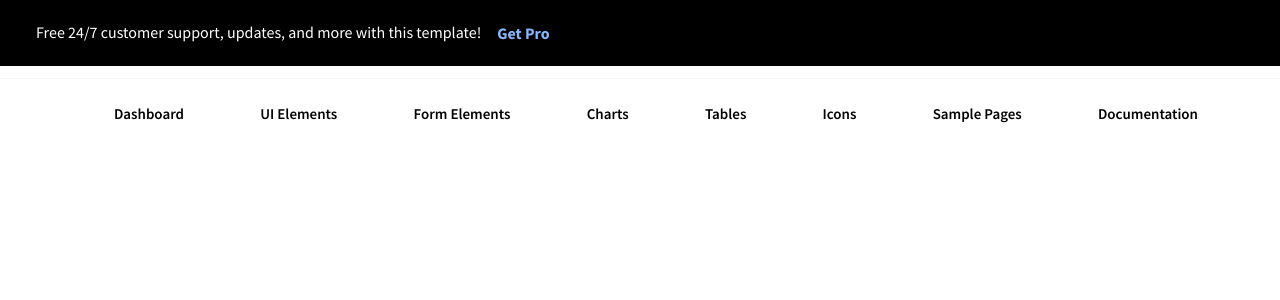
Repository: dimitri0004/Bien
Page: templates/base.html.twig
An editor plug-in stored every save of this project. The page is shown before and after the next save, followed by the edit.
The browser window is 1280 px wide. The pictures show the whole page.
The page is a Twig template of a Symfony application; nobody is signed in and links lead nowhere. The template is opened directly, without the code that normally fills it, so the values that code supplies are empty.

Above is the page before, as saved 2023-04-03 00:12:45.
Console error: ReferenceError: jQuery is not defined

### templates/base.html.twig
<!DOCTYPE html>
<html>
    <head>
        <meta charset="UTF-8">
        <meta name="viewport" content="width=device-width, initial-scale=1, shrink-to-fit=no">
        <title>{% block title %}Welcome!{% endblock %}</title>
        <link rel="icon" href="data:[embedded picture, 143 characters]">
        {# Run `composer require symfony/webpack-encore-bundle` to start using Symfony UX #}
        <!-- Required meta tags -->
        <!-- base:css -->

            <!-- endinject -->


        {% block stylesheets %}

            <link rel="stylesheet" href="{{asset('assets/vendors/base/vendor.bundle.base.css')}}">
            <link rel="stylesheet" href="{{asset('assets/css/style.css')}}">
            <link rel="shortcut icon" href="{{asset('assets/images/favicon.png')}}" >

        {% endblock %}



        {% block javascripts %} {% endblock %}
        <!-- base:js -->
        <script src="{{asset('assets/vendors/base/vendor.bundle.base.js')}}" defer></script>
        <!-- endinject -->
        <!-- Plugin js for this page-->
        <!-- End plugin js for this page-->
        <!-- inject:js -->
        <script src="{{asset('assets/js/template.js')}}"></script>
        <!-- endinject -->
        <!-- plugin js for this page -->
        <!-- End plugin js for this page -->
        <script src="{{asset('assets/vendors/chart.js/Chart.min.js')}}"defer></script>
        <script src="{{asset('assets/vendors/progressbar.js/progressbar.min.js')}}"></script>
        <script src="{{asset('assets/vendors/chartjs-plugin-datalabels/chartjs-plugin-datalabels.js')}}"defer></script>
        <script src="{{asset('assets/vendors/justgage/raphael-2.1.4.min.js')}}"defer></script>
        <script src="{{asset('assets/vendors/justgage/justgage.js')}}"defer></script>
        <script src="{{asset('assets/js/jquery.cookie.js')}}" type="text/javascript" defer></script>
        <!-- Custom js for this page-->
        <script src="{{asset('assets/js/dashboard.js')}}" defer></script>
        <!-- End custom js for this page-->


    </head>
    <body>
        {% include "_partiels/nav.html.twig" %}
        {% block body %}{% endblock %}
    </body>
</html>

### templates/_partiels/nav.html.twig

<div class="container-scroller">
    <div class="row p-0 m-0 proBanner" id="proBanner">
        <div class="col-md-12 p-0 m-0">
            <div class="card-body card-body-padding d-flex align-items-center justify-content-between">
                <div class="ps-lg-1">
                    <div class="d-flex align-items-center justify-content-between">
                        <p class="mb-0 font-weight-medium me-3 buy-now-text">Free 24/7 customer support, updates, and more with this template!</p>
                        <a href="https://www.bootstrapdash.com/product/kapella-admin-pro/?utm_source=organic&utm_medium=banner&utm_campaign=buynow_demo" target="_blank" class="btn me-2 buy-now-btn border-0">Get Pro</a>
                    </div>
                </div>
                <div class="d-flex align-items-center justify-content-between">
                    <a href="https://www.bootstrapdash.com/product/kapella-admin-pro/"><i class="mdi mdi-home me-3 text-white"></i></a>
                    <button id="bannerClose" class="btn border-0 p-0">
                        <i class="mdi mdi-close text-white me-0"></i>
                    </button>
                </div>
            </div>
        </div>
    </div>
<!-- partial:partials/_horizontal-navbar.html -->
<div class="horizontal-menu">
<nav class="navbar top-navbar col-lg-12 col-12 p-0">
<div class="container-fluid">
<div class="navbar-menu-wrapper d-flex align-items-center justify-content-between">
<ul class="navbar-nav navbar-nav-left">
  <li class="nav-item ms-0 me-5 d-lg-flex d-none">
    <a href="#" class="nav-link horizontal-nav-left-menu"><i class="mdi mdi-format-list-bulleted"></i></a>
  </li>
  <li class="nav-item dropdown">
    <a class="nav-link count-indicator dropdown-toggle d-flex align-items-center justify-content-center" id="notificationDropdown" href="#" data-bs-toggle="dropdown">
      <i class="mdi mdi-bell mx-0"></i>
      <span class="count bg-success">2</span>
    </a>
    <div class="dropdown-menu dropdown-menu-right navbar-dropdown preview-list" aria-labelledby="notificationDropdown">
      <p class="mb-0 font-weight-normal float-left dropdown-header">Notifications</p>
      <a class="dropdown-item preview-item">
        <div class="preview-thumbnail">
            <div class="preview-icon bg-success">
              <i class="mdi mdi-information mx-0"></i>
            </div>
        </div>
        <div class="preview-item-content">
            <h6 class="preview-subject font-weight-normal">Application Error</h6>
            <p class="font-weight-light small-text mb-0 text-muted">
              Just now
            </p>
        </div>
      </a>
      <a class="dropdown-item preview-item">
        <div class="preview-thumbnail">
            <div class="preview-icon bg-warning">
              <i class="mdi mdi-settings mx-0"></i>
            </div>
        </div>
        <div class="preview-item-content">
            <h6 class="preview-subject font-weight-normal">Settings</h6>
            <p class="font-weight-light small-text mb-0 text-muted">
              Private message
            </p>
        </div>
      </a>
      <a class="dropdown-item preview-item">
        <div class="preview-thumbnail">
            <div class="preview-icon bg-info">
              <i class="mdi mdi-account-box mx-0"></i>
            </div>
        </div>
        <div class="preview-item-content">
            <h6 class="preview-subject font-weight-normal">New user registration</h6>
            <p class="font-weight-light small-text mb-0 text-muted">
              2 days ago
            </p>
        </div>
      </a>
    </div>
  </li>
  <li class="nav-item dropdown">
    <a class="nav-link count-indicator dropdown-toggle d-flex justify-content-center align-items-center" id="messageDropdown" href="#" data-bs-toggle="dropdown">
      <i class="mdi mdi-email mx-0"></i>
      <span class="count bg-primary">4</span>
    </a>
    <div class="dropdown-menu dropdown-menu-right navbar-dropdown preview-list" aria-labelledby="messageDropdown">
      <p class="mb-0 font-weight-normal float-left dropdown-header">Messages</p>
      <a class="dropdown-item preview-item">
        <div class="preview-thumbnail">
            <img src="images/faces/face4.jpg" alt="image" class="profile-pic">
        </div>
        <div class="preview-item-content flex-grow">
            <h6 class="preview-subject ellipsis font-weight-normal">David Grey
            </h6>
            <p class="font-weight-light small-text text-muted mb-0">
              The meeting is cancelled
            </p>
        </div>
      </a>
      <a class="dropdown-item preview-item">
        <div class="preview-thumbnail">
            <img src="images/faces/face2.jpg" alt="image" class="profile-pic">
        </div>
        <div class="preview-item-content flex-grow">
            <h6 class="preview-subject ellipsis font-weight-normal">Tim Cook
            </h6>
            <p class="font-weight-light small-text text-muted mb-0">
              New product launch
            </p>
        </div>
      </a>
      <a class="dropdown-item preview-item">
        <div class="preview-thumbnail">
            <img src="images/faces/face3.jpg" alt="image" class="profile-pic">
        </div>
        <div class="preview-item-content flex-grow">
            <h6 class="preview-subject ellipsis font-weight-normal"> Johnson
            </h6>
            <p class="font-weight-light small-text text-muted mb-0">
              Upcoming board meeting
            </p>
        </div>
      </a>
    </div>
  </li>
  <li class="nav-item dropdown">
    <a href="#" class="nav-link count-indicator "><i class="mdi mdi-message-reply-text"></i></a>
  </li>
  <li class="nav-item nav-search d-none d-lg-block ms-3">
    <div class="input-group">
        <div class="input-group-prepend">
          <span class="input-group-text" id="search">
            <i class="mdi mdi-magnify"></i>
          </span>
        </div>
        <input type="text" class="form-control" placeholder="search" aria-label="search" aria-describedby="search">
    </div>
  </li>
</ul>
<div class="text-center navbar-brand-wrapper d-flex align-items-center justify-content-center">
    <a class="navbar-brand brand-logo" href="index.html"><img src="images/logo.svg" alt="logo"/></a>
    <a class="navbar-brand brand-logo-mini" href="index.html"><img src="images/logo-mini.svg" alt="logo"/></a>
</div>
<ul class="navbar-nav navbar-nav-right">
    <li class="nav-item dropdown  d-lg-flex d-none">
      <button type="button" class="btn btn-inverse-primary btn-sm">Product </button>
    </li>
    <li class="nav-item dropdown d-lg-flex d-none">
      <a class="dropdown-toggle show-dropdown-arrow btn btn-inverse-primary btn-sm" id="nreportDropdown" href="#" data-bs-toggle="dropdown">
      Reports
      </a>
      <div class="dropdown-menu dropdown-menu-right navbar-dropdown preview-list" aria-labelledby="nreportDropdown">
          <p class="mb-0 font-weight-medium float-left dropdown-header">Reports</p>
          <a class="dropdown-item">
            <i class="mdi mdi-file-pdf text-primary"></i>
            Pdf
          </a>
          <a class="dropdown-item">
            <i class="mdi mdi-file-excel text-primary"></i>
            Exel
          </a>
      </div>
    </li>
    <li class="nav-item dropdown d-lg-flex d-none">
      <button type="button" class="btn btn-inverse-primary btn-sm">Settings</button>
    </li>
    <li class="nav-item nav-profile dropdown">
      <a class="nav-link dropdown-toggle" href="#" data-bs-toggle="dropdown" id="profileDropdown">
        <span class="nav-profile-name">Johnson</span>
        <span class="online-status"></span>
        <img src="images/faces/face28.png" alt="profile"/>
      </a>
      <div class="dropdown-menu dropdown-menu-right navbar-dropdown" aria-labelledby="profileDropdown">
          <a class="dropdown-item">
            <i class="mdi mdi-settings text-primary"></i>
            Settings
          </a>
          <a class="dropdown-item">
            <i class="mdi mdi-logout text-primary"></i>
            Logout
          </a>
      </div>
    </li>
</ul>
<button class="navbar-toggler navbar-toggler-right d-lg-none align-self-center" type="button" data-toggle="horizontal-menu-toggle">
  <span class="mdi mdi-menu"></span>
</button>
</div>
</div>
</nav>
<nav class="bottom-navbar">
<div class="container">
<ul class="nav page-navigation">
  <li class="nav-item">
    <a class="nav-link" href="index.html">
      <i class="mdi mdi-file-document-box menu-icon"></i>
      <span class="menu-title">Dashboard</span>
    </a>
  </li>
  <li class="nav-item">
      <a href="#" class="nav-link">
        <i class="mdi mdi-cube-outline menu-icon"></i>
        <span class="menu-title">UI Elements</span>
        <i class="menu-arrow"></i>
      </a>
      <div class="submenu">
          <ul>
              <li class="nav-item"><a class="nav-link" href="pages/ui-features/buttons.html">Buttons</a></li>
              <li class="nav-item"><a class="nav-link" href="pages/ui-features/typography.html">Typography</a></li>
          </ul>
      </div>
  </li>
  <li class="nav-item">
      <a href="pages/forms/basic_elements.html" class="nav-link">
        <i class="mdi mdi-chart-areaspline menu-icon"></i>
        <span class="menu-title">Form Elements</span>
        <i class="menu-arrow"></i>
      </a>
  </li>
  <li class="nav-item">
      <a href="pages/charts/chartjs.html" class="nav-link">
        <i class="mdi mdi-finance menu-icon"></i>
        <span class="menu-title">Charts</span>
        <i class="menu-arrow"></i>
      </a>
  </li>
  <li class="nav-item">
      <a href="pages/tables/basic-table.html" class="nav-link">
        <i class="mdi mdi-grid menu-icon"></i>
        <span class="menu-title">Tables</span>
        <i class="menu-arrow"></i>
      </a>
  </li>
  <li class="nav-item">
      <a href="pages/icons/mdi.html" class="nav-link">
        <i class="mdi mdi-emoticon menu-icon"></i>
        <span class="menu-title">Icons</span>
        <i class="menu-arrow"></i>
      </a>
  </li>
  <li class="nav-item">
      <a href="#" class="nav-link">
        <i class="mdi mdi-codepen menu-icon"></i>
        <span class="menu-title">Sample Pages</span>
        <i class="menu-arrow"></i>
      </a>
      <div class="submenu">
          <ul class="submenu-item">
              <li class="nav-item"><a class="nav-link" href="pages/samples/login.html">Login</a></li>
              <li class="nav-item"><a class="nav-link" href="pages/samples/login-2.html">Login 2</a></li>
              <li class="nav-item"><a class="nav-link" href="pages/samples/register.html">Register</a></li>
              <li class="nav-item"><a class="nav-link" href="pages/samples/register-2.html">Register 2</a></li>
              <li class="nav-item"><a class="nav-link" href="pages/samples/lock-screen.html">Lockscreen</a></li>
          </ul>
      </div>
  </li>
  <li class="nav-item">
      <a href="docs/documentation.html" class="nav-link">
        <i class="mdi mdi-file-document-box-outline menu-icon"></i>
        <span class="menu-title">Documentation</span></a>
  </li>
</ul>
</div>
</nav>
</div>

### public/js/template.js
(function($) {
  'use strict';
  $(function() {
    var body = $('body');
    var contentWrapper = $('.content-wrapper');
    var scroller = $('.container-scroller');
    var footer = $('.footer');
    var sidebar = $('.sidebar');

    //Add active class to nav-link based on url dynamically
    //Active class can be hard coded directly in html file also as required

    function addActiveClass(element) {
      if (current === "") {
        //for root url
        if (element.attr('href').indexOf("index.html") !== -1) {
          element.parents('.nav-item').last().addClass('active');
          if (element.parents('.sub-menu').length) {
            element.closest('.collapse').addClass('show');
            element.addClass('active');
          }
        }
      } else {
        //for other url
        if (element.attr('href').indexOf(current) !== -1) {
          element.parents('.nav-item').last().addClass('active');
          if (element.parents('.sub-menu').length) {
            element.closest('.collapse').addClass('show');
            element.addClass('active');
          }
          if (element.parents('.submenu-item').length) {
            element.addClass('active');
          }
        }
      }
    }

    var current = location.pathname.split("/").slice(-1)[0].replace(/^\/|\/$/g, '');
    $('.nav li a', sidebar).each(function() {
      var $this = $(this);
      addActiveClass($this);
    })

    $('.horizontal-menu .nav li a').each(function() {
      var $this = $(this);
      addActiveClass($this);
    })

    //Close other submenu in sidebar on opening any

    sidebar.on('show.bs.collapse', '.collapse', function() {
      sidebar.find('.collapse.show').collapse('hide');
    });


    //Change sidebar and content-wrapper height
    applyStyles();

    function applyStyles() {
      //Applying perfect scrollbar
      if (!body.hasClass("rtl")) {
        if ($('.settings-panel .tab-content .tab-pane.scroll-wrapper').length) {
          const settingsPanelScroll = new PerfectScrollbar('.settings-panel .tab-content .tab-pane.scroll-wrapper');
        }
        if ($('.chats').length) {
          const chatsScroll = new PerfectScrollbar('.chats');
        }
        if (body.hasClass("sidebar-fixed")) {
          if($('#sidebar').length) {
            var fixedSidebarScroll = new PerfectScrollbar('#sidebar .nav');
          }
        }
      }
    }

    $('[data-toggle="minimize"]').on("click", function() {
      if ((body.hasClass('sidebar-toggle-display')) || (body.hasClass('sidebar-absolute'))) {
        body.toggleClass('sidebar-hidden');
      } else {
        body.toggleClass('sidebar-icon-only');
      }
    });

    //checkbox and radios
    $(".form-check label,.form-radio label").append('<i class="input-helper"></i>');

    //Horizontal menu in mobile
    $('[data-toggle="horizontal-menu-toggle"]').on("click", function() {
      $(".horizontal-menu .bottom-navbar").toggleClass("header-toggled");
    });
    // Horizontal menu navigation in mobile menu on click
    var navItemClicked = $('.horizontal-menu .page-navigation >.nav-item');
    navItemClicked.on("click", function(event) {
      if(window.matchMedia('(max-width: 991px)').matches) {
        if(!($(this).hasClass('show-submenu'))) {
          navItemClicked.removeClass('show-submenu');
        }
        $(this).toggleClass('show-submenu');
      }
    })

    $(window).scroll(function() {
      if(window.matchMedia('(min-width: 992px)').matches) {
        var header = $('.horizontal-menu');
        if ($(window).scrollTop() >= 70) {
          $(header).addClass('fixed-on-scroll');
        } else {
          $(header).removeClass('fixed-on-scroll');
        }
      }
    });
    if ($.cookie('kapella-free-banner')!="true") {
      document.querySelector('#proBanner').classList.add('d-flex');
    }
    else {
      document.querySelector('#proBanner').classList.add('d-none');
    }
    document.querySelector('#bannerClose').addEventListener('click',function() {
      document.querySelector('#proBanner').classList.add('d-none');
      document.querySelector('#proBanner').classList.remove('d-flex');
      var date = new Date();
      date.setTime(date.getTime() + 24 * 60 * 60 * 1000);
      $.cookie('kapella-free-banner', "true", { expires: date });
    });
  });
})(jQuery);

Loaded but not shown: public/vendors/base/vendor.bundle.base.css (common file); public/css/style.css (library); public/vendors/progressbar.js/progressbar.min.js (library); public/vendors/base/vendor.bundle.base.js (library); public/vendors/chart.js/Chart.min.js (library); public/vendors/chartjs-plugin-datalabels/chartjs-plugin-datalabels.js (library); public/vendors/justgage/raphael-2.1.4.min.js (library); public/vendors/justgage/justgage.js (library); public/js/jquery.cookie.js (library); public/vendors/mdi/css/materialdesignicons.min.css (library); public/images/logo.svg (3 lines, source omitted); public/images/logo-mini.svg (12 lines, source omitted); public/js/dashboard.js (1172 lines, source omitted)

After the next save:
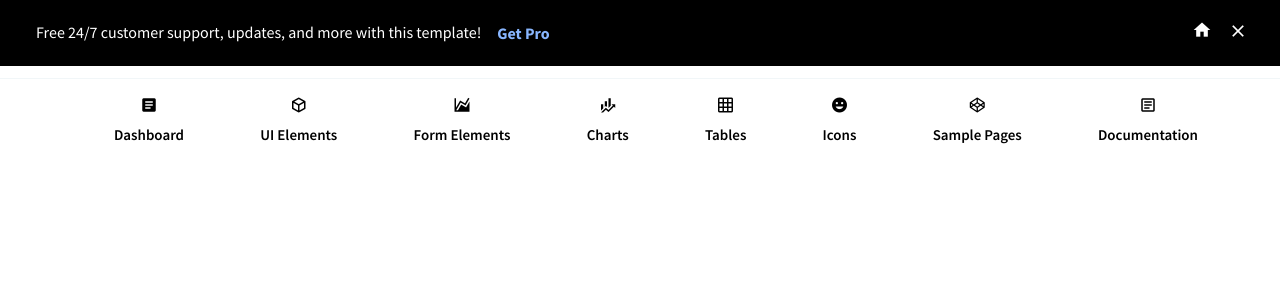
Saved 27 s later.
--- a/templates/base.html.twig
+++ b/templates/base.html.twig
@@ -14,7 +14,7 @@
 
         {% block stylesheets %}
 
-            <link rel="stylesheet" href="{{asset('assets/vendors/base/vendor.bundle.base.css')}}">
+            <link rel="stylesheet" href="{{asset('assets/vendors/mdi/css/materialdesignicons.min.css')}}">
             <link rel="stylesheet" href="{{asset('assets/css/style.css')}}">
             <link rel="shortcut icon" href="{{asset('assets/images/favicon.png')}}" >
 
